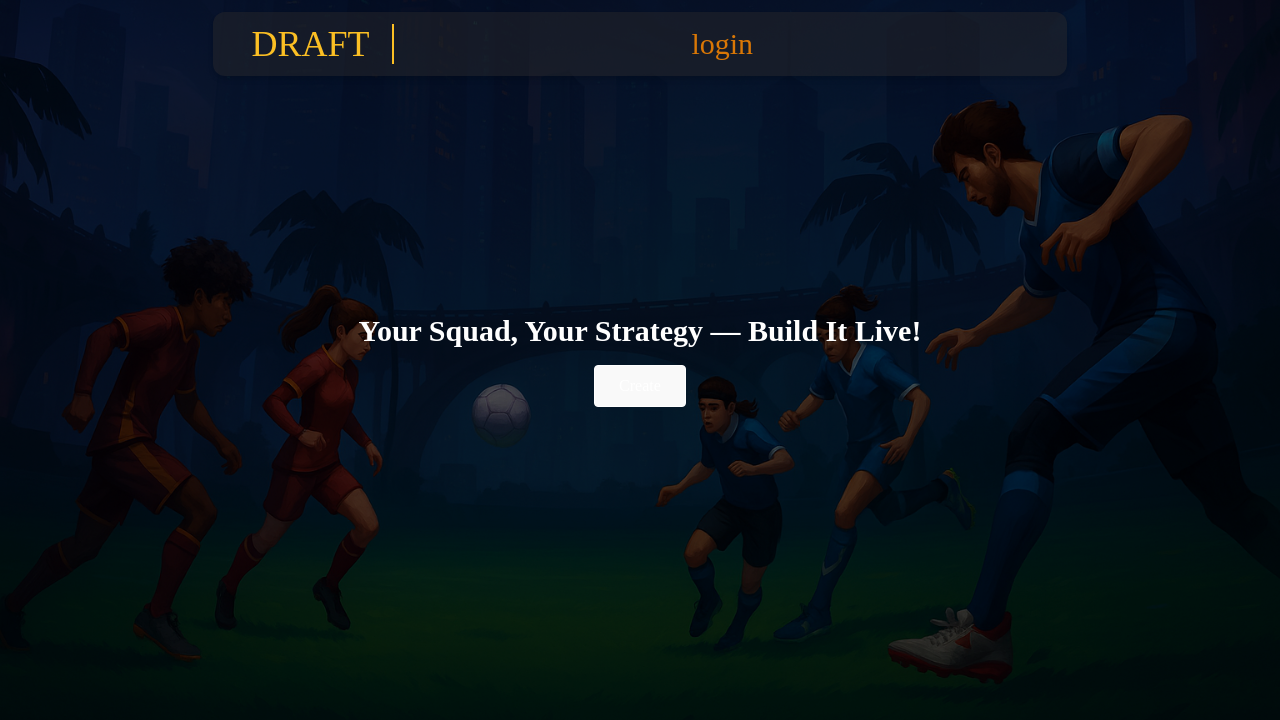
Repository: MehediMim/LeagueCrafter--Online-Auction-Platform-Project
Page: / (app in my-app/)
These files come from the project's save history. The page is drawn as it stood at one moment and after the next save; the edit follows.
The browser window is 1280 px wide. The pictures show the whole page.
Some web fonts or font styles are not loaded; a fallback is used. The project was rebuilt for these pictures with package versions that can differ from the ones it lists, and the page was loaded fresh each time. Also part of the build but not shown: my-app/vite.config.js, my-app/src/pages/Dashboard.jsx, my-app/src/pages/Login.jsx.

Above is the page before, as saved 2025-05-25 02:14:46.

After the next save:
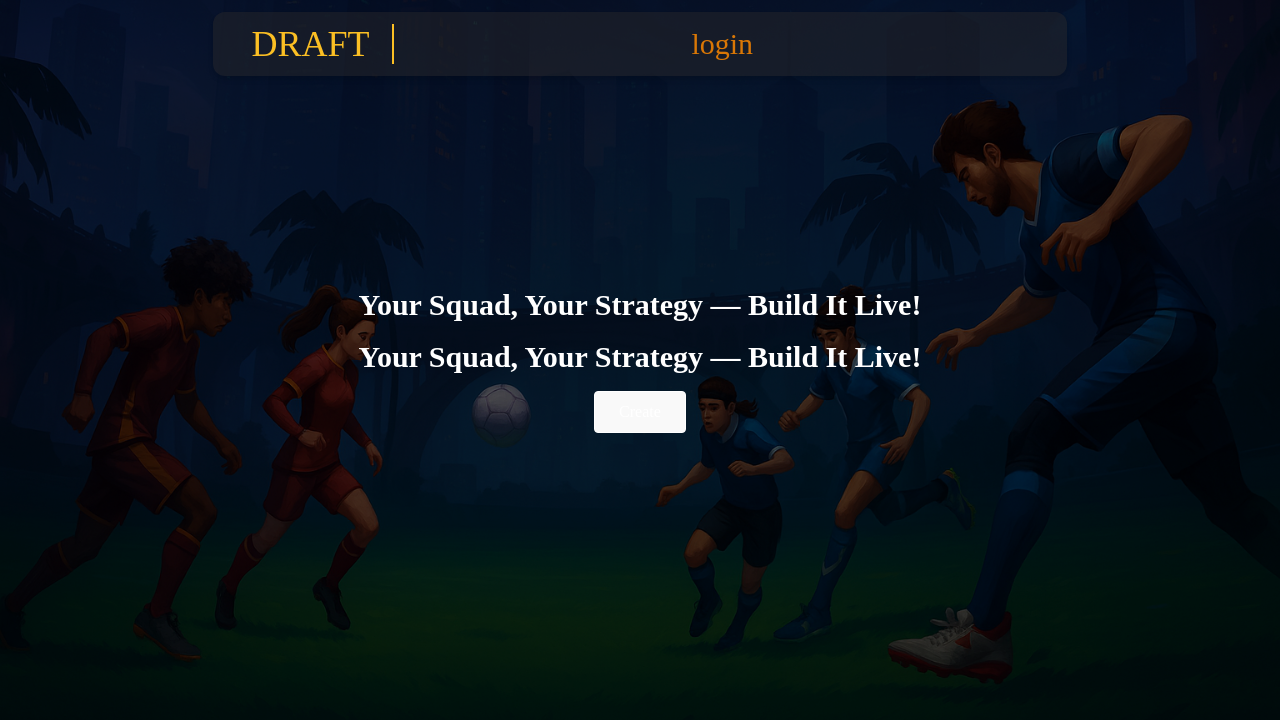
Saved 66 s later.
--- a/my-app/src/pages/Home.jsx
+++ b/my-app/src/pages/Home.jsx
@@ -15,6 +15,9 @@ export default function Home() {
           <h1 className="text-3xl font-barrio font-bold">
             Your Squad, Your Strategy — Build It Live!
           </h1>
+          <h1 className="text-3xl font-barrio font-bold">
+            Your Squad, Your Strategy — Build It Live!
+          </h1>
           <button className="font-jaro px-6 py-2 text-white hover:bg-white hover:text-black border border-white rounded">
             Create
           </button>
